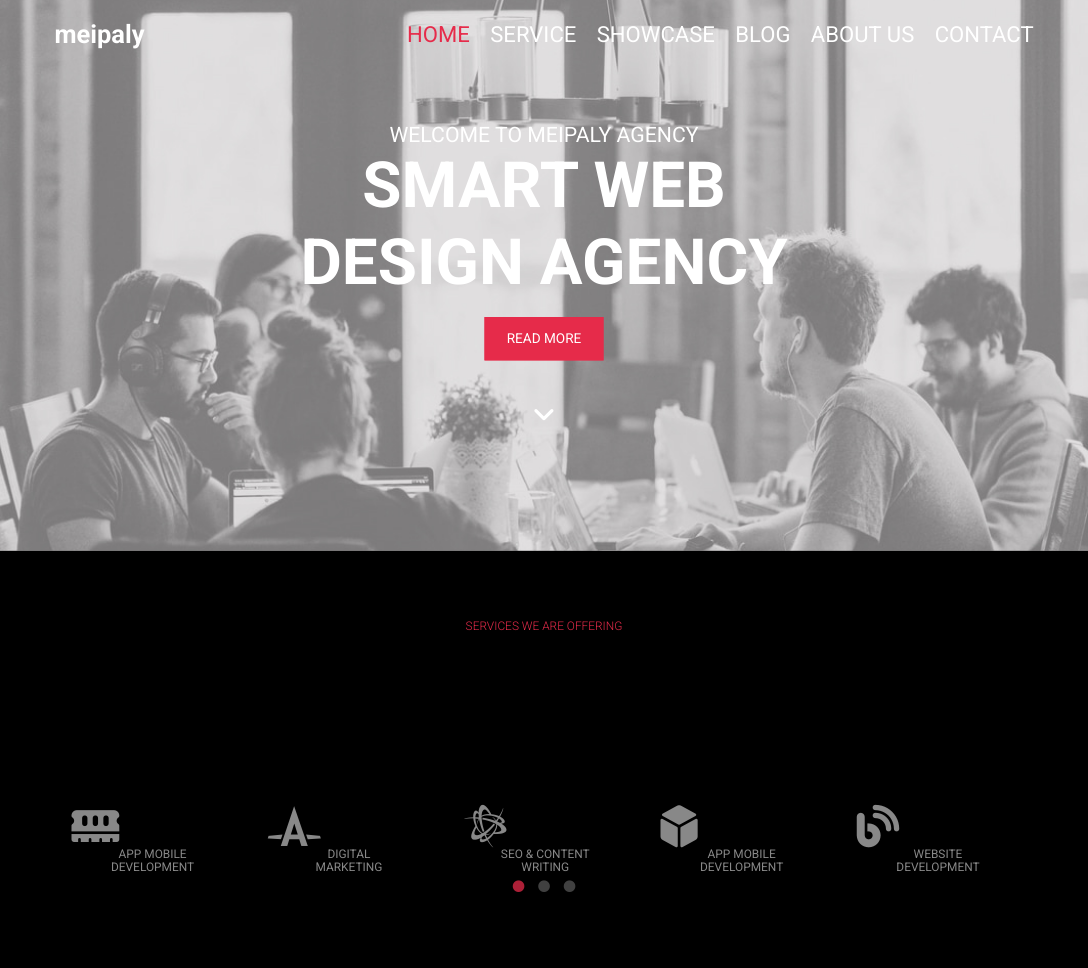
Repository: ducdatit2002/meipaly
Page: index.html
The author's editor kept a copy of each file at every save. The page is drawn from the files as they stood at one save, then again after a run of saves.
The browser window is 1280 px wide. The pictures show the whole page, at 85% of full size.

Above is the page before, as saved 2023-07-17 11:06:20.

### index.html
<!DOCTYPE html>
<html lang="en">
  <head>
    <meta charset="UTF-8" />
    <meta name="viewport" content="width=device-width, initial-scale=1.0" />
    <title>Meipaly</title>
    <link rel="stylesheet" href="./index.css" />
    <link
      rel="stylesheet"
      href="https://cdnjs.cloudflare.com/ajax/libs/font-awesome/6.4.0/css/all.min.css"
      integrity="sha512-iecdLmaskl7CVkqkXNQ/ZH/XLlvWZOJyj7Yy7tcenmpD1ypASozpmT/E0iPtmFIB46ZmdtAc9eNBvH0H/ZpiBw=="
      crossorigin="anonymous"
      referrerpolicy="no-referrer"
    />
    <link rel="preconnect" href="https://fonts.googleapis.com">
    <link rel="preconnect" href="https://fonts.gstatic.com" crossorigin>
    <link
        href="https://fonts.googleapis.com/css2?family=Open+Sans:wght@300;400;500;600&family=Roboto:wght@300;400;500;700&display=swap"
        rel="stylesheet">
    <!-- FONT AWESOME -->
    <link rel="stylesheet" href="https://cdnjs.cloudflare.com/ajax/libs/font-awesome/6.4.0/css/all.min.css"
      integrity="sha512-iecdLmaskl7CVkqkXNQ/ZH/XLlvWZOJyj7Yy7tcenmpD1ypASozpmT/E0iPtmFIB46ZmdtAc9eNBvH0H/ZpiBw=="
      crossorigin="anonymous" referrerpolicy="no-referrer" />
    <!-- Slick CSS -->
    <link rel="stylesheet" type="text/css" href="./slick-1.8.1/slick/slick.css" />

    <link rel="stylesheet" type="text/css" href="./slick-1.8.1/slick/slick-theme.css" />

  <body>
    <header>
      <div class="header__container container">
        <span>meipaly</span>
        <nav>
            <a href="#" class="active">HOME</a>
            <a href="#">SERVICE</a>
            <a href="#">SHOWCASE</a>
            <a href="#">BLOG</a>
            <a href="#">ABOUT US</a>
            <a href="#">CONTACT</a>
        </nav>
      </div>
    </header>
    <section class="banner">
        <div class="banner__container">
            <p>WELCOME TO MEIPALY AGENCY</p>
            <h2>
                SMART WEB
                DESIGN AGENCY
            </h2>
            <button>READ MORE</button>
            <i class="fa fa-angle-down"></i>
        </div>
    </section>
    <section class="carousel">
      <div class="carousel__title">
        <p>SERVICES WE ARE OFFERING</p>
        <h2>WE DESIGN DIGITAL PRODUCTS THAT HELP GROW BUSINESSES.</h2>
        <p>
          We are committed to providing our customers with exceptional service while offering
          <br>
          our employees the best training.
        </p>
      </div>
      <div class="container">
        <div class="carousel__list">
          <!-- START LIST ITEM -->
          <div class="carousel__item">
            <div class="item__container">
              <i class="fa fa-memory"></i>
              <p>APP MOBILE <br>DEVELOPMENT </p>
            </div>
          </div>
          <div class="carousel__item">
            <div class="item__container">
              <i class="fab fa-autoprefixer"></i>
              <p>DIGITAL <br>MARKETING</p>
            </div>
          </div>
          <div class="carousel__item">
            <div class="item__container">
              <i class="fab fa-battle-net"></i>
              <p>SEO & CONTENT <br>WRITING</p>
            </div>
          </div>
          <div class="carousel__item">
            <div class="item__container">
              <i class="fa fa-dice-d6"></i>
              <p>APP MOBILE <br>DEVELOPMENT </p>
            </div>
          </div>
          <div class="carousel__item">
            <div class="item__container">
              <i class="fa fa-blog"></i>
              <p>WEBSITE <br>DEVELOPMENT</p>
            </div>
          </div>
          <div class="carousel__item">
            <div class="item__container">
              <i class="fa fa-blog"></i>
              <p>WEBSITE <br>DEVELOPMENT</p>
            </div>
          </div>
          <div class="carousel__item">
            <div class="item__container">
              <i class="fa fa-blog"></i>
              <p>WEBSITE <br>DEVELOPMENT</p>
            </div>
          </div>
          <!-- END LIST ITEM -->
        </div>
      </div>

    </section>
    <section class="blog"></section>
    <section class="number"></section>
    <section class="experience"></section>
    <section class="contact"></section>
    <footer></footer>
    <!-- JQuery -->
    <script src="https://code.jquery.com/jquery-1.12.4.js" integrity="sha256-Qw82+bXyGq6MydymqBxNPYTaUXXq7c8v3CwiYwLLNXU="
      crossorigin="anonymous"></script>
    <!-- Slick -->
    <script src="./slick-1.8.1/slick/slick.js"></script>
    <script>
      $(document).ready(function () {
          $('.carousel__list').slick({
            infinite: true,
            slidesToShow: 5,
            slidesToScroll: 3,
            arrows: false,
            dots:true
            // setting- name: setting - value
        });
      });
    </script>

  </body>
</html>

### index.css
*{
    padding: 0;
    margin: 0;
    box-sizing: border-box;
    font-family: 'Open Sans', sans-serif;
    font-family: 'Roboto', sans-serif;
}
/* flex => list */
header {
    position: absolute;
    width: 100%;
    display: flex;
    justify-content: center;
}
.container {
    width: 90%;
    max-width: 1200px;
    margin: 0 auto;
}
.header__container {
    height: 80px;
    display: flex;
    justify-content: space-between;
    align-items: center;
}
/* Trục chính default là chiều ngang */
/* Justify-content: trục chính */
/* align-items: trục phụ */
header span {
    font-size: 30px;
    font-weight: 800;
    color: white;
}
header a {
    color: white;
    text-decoration: none;
    text-transform: uppercase;
    margin-left: 20px;
    font-size: 26px;
    transition: 0.5s;
}
header a.active, header a:hover {
    color: #e62b4a;
}

/* BANNER */
.banner {
    background-image: url(./img/home_slider.jpg);
    height: 90vh;
    min-height: 500px;
    background-repeat: no-repeat;
    background-size: cover;
    background-position: center;
    /*  */
    display: flex;
    align-items: center;
    justify-content: center;
}
.banner__container {
    width: 600px;
    height: 400px;
    display: flex;
    flex-direction: column;
    /* chuyển trục chính từ ngang sang dọc */
    justify-content: center;
    align-items: center;
    color: white;
}
.banner__container p{
    font-size: 25px;
}
.banner__container h2 {
    font-size: 75px;
    line-height: 90px;
    text-align: center;
}
.banner__container button {
    font-size: 16px;
    margin-top: 20px;
    padding: 15px 25px;
    background-color: #e62b4a;
    color: white;
    border: 1px solid #e62b4a;
    cursor: pointer;
    transition: all 0.5s;
}
.banner__container button:hover {
    background-color: #af2239;
}
.banner__container i {
    margin-top: 50px;
    font-size: 30px;
    animation-name: animate_arrow ;
    animation-duration: 1s;
    animation-iteration-count: infinite;
}



/* CAROUSEL */
.carousel {
    background: #000;
    padding: 80px 0;
}
.carousel__item {
    padding: 0 20px;
}
.carousel__item i {
    font-size: 50px;
    color: #888888;
}
.carousel__item p {
    font-size: 14px;
    text-align: center;
    color: #888888;
}
.carousel__title {
    text-align: center;
}
.carousel__title p:first-of-type{
    font-size: 14px;
    color: #e62b4a;
    font-weight: 300;
}
.carousel__title p{
    font-size: 50px;
    font-weight: 400;
}
.carousel__title p:la
.item__container {
    background: white;
    height: 250px;
    display: flex;
    flex-direction: column;
    justify-content: center;
    align-items: center;
    position: relative;
}
.item__container::before {
    content: "";
    display: block;
    position: absolute;
    right: 0;
    top: 0;
    width: 5px;
    background: #e62b4a;
    height: 0%;
    transition: 0.3s;
}
.item__container:hover::before {
    height: 100%;
}
.slick-dots li button:before {
    color: white !important;
    font-size: 16px !important;
}

.slick-dots li.slick-active button:before {
    color: #e62b4a !important;
    font-size: 16px;
}
@keyframes animate_arrow {
    from {
        opacity: 1;
        transform: translateY(0px);
    }

    to {
        opacity: 0;
        transform: translateY(100px);
    }
}

Loaded but not shown: slick-1.8.1/slick/slick.css (common file); slick-1.8.1/slick/slick-theme.css (library); slick-1.8.1/slick/slick.js (library)

After the next 3 saves:
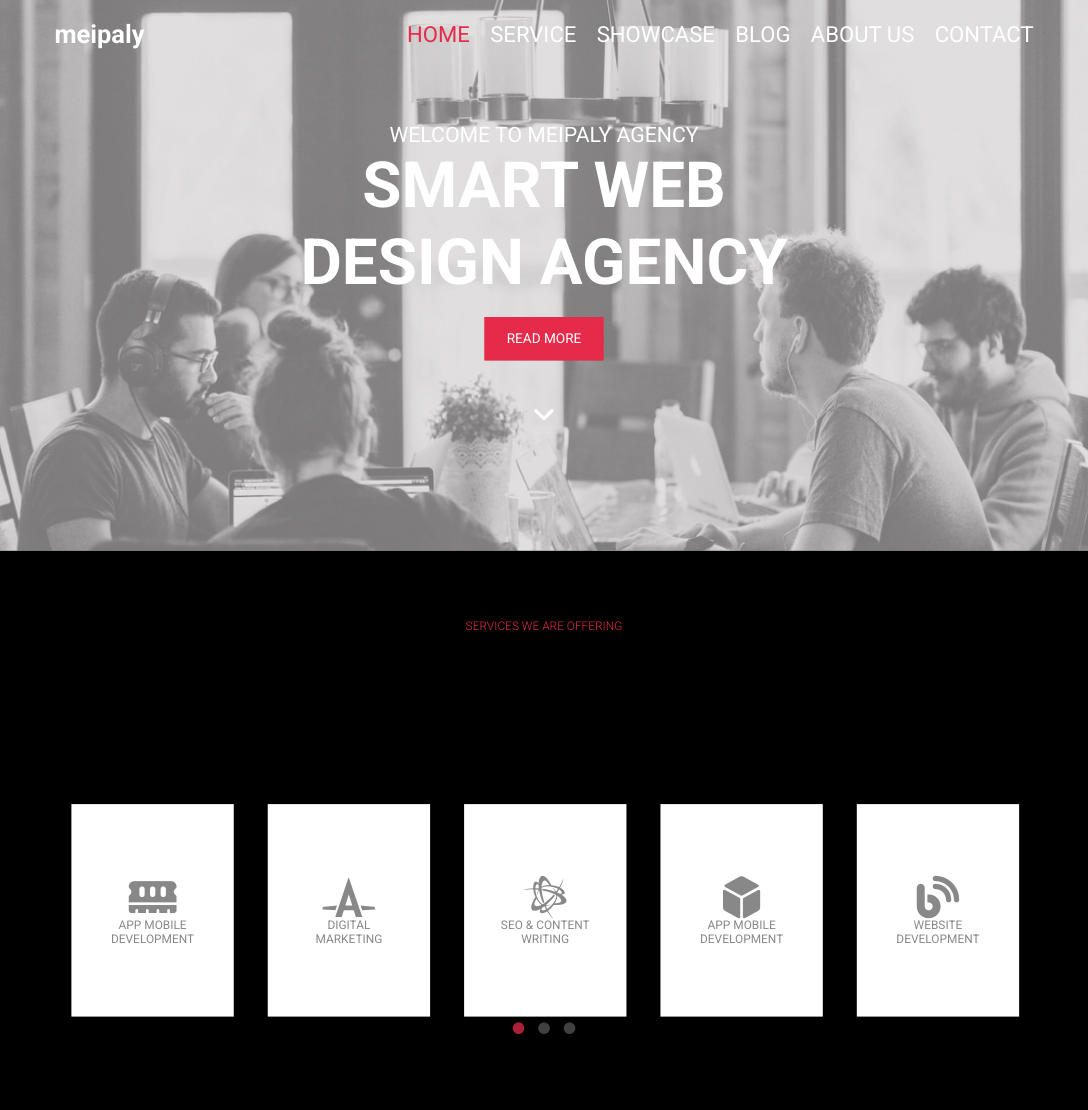
The 3 saves are shown as one change because they came seconds apart.
The last was saved 8 s later.
--- a/index.css
+++ b/index.css
@@ -126,7 +126,9 @@ header a.active, header a:hover {
     font-size: 50px;
     font-weight: 400;
 }
-.carousel__title p:la
+.carousel__title p:last-of-type {
+
+}
 .item__container {
     background: white;
     height: 250px;
